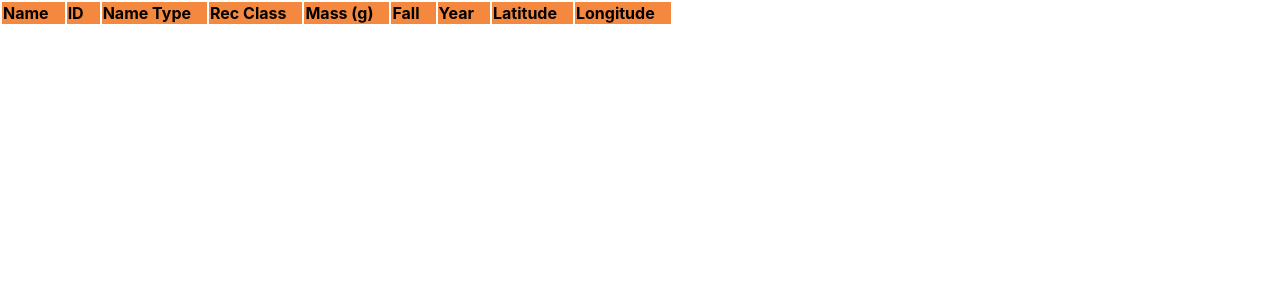
Repository: Tsardines/meteorite-explorer
Page: / (app in meteorite-explorer/)
The author's editor kept a copy of each file at every save. The page is drawn from the files as they stood at one save, then again after the next save.
The browser window is 1280 px wide. The pictures show the whole page.
The page's requests for data from a server got no answer. The project was rebuilt for these pictures with package versions that can differ from the ones it lists, and the page was loaded fresh each time. No one was signed in, and anything a server would have sent is missing.

Above is the page before, as saved 2019-05-27 16:26:10.

After the next save:
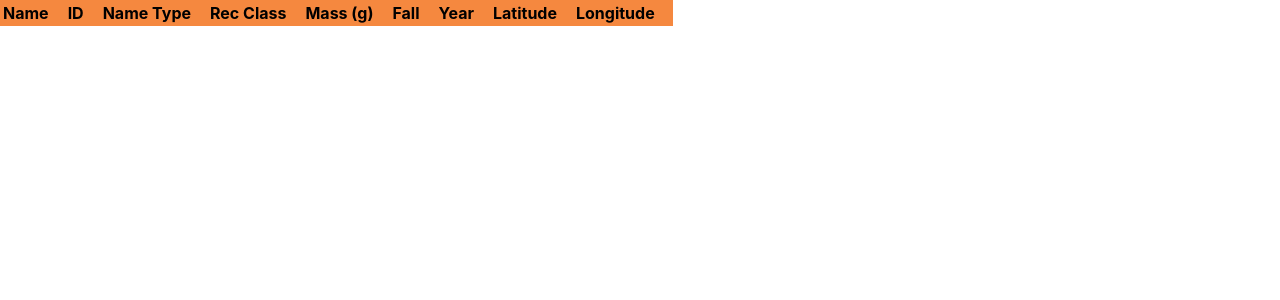
Saved 6 s later.
--- a/meteorite-explorer/src/App.css
+++ b/meteorite-explorer/src/App.css
@@ -1,6 +1,6 @@
 
 
-.theader th {
+.theader {
   background-color: rgb(245, 136, 63);
 }
 
